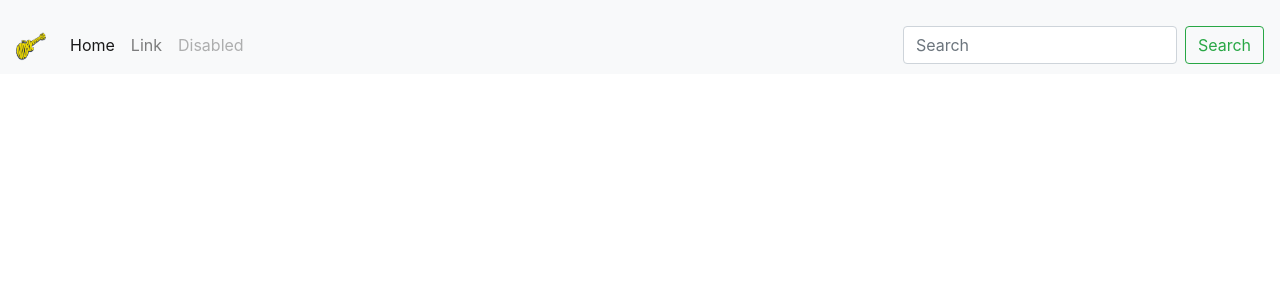
Repository: ClaraBausson/milestone_project_1
Page: index.html
The author's editor kept a record of every edit. The page is drawn from the files as they stood at one moment, then again after the next edit.
The browser window is 1280 px wide. The pictures show the whole page.
Some web libraries are served in a nearby version.

Above is the page before.

After the next edit:
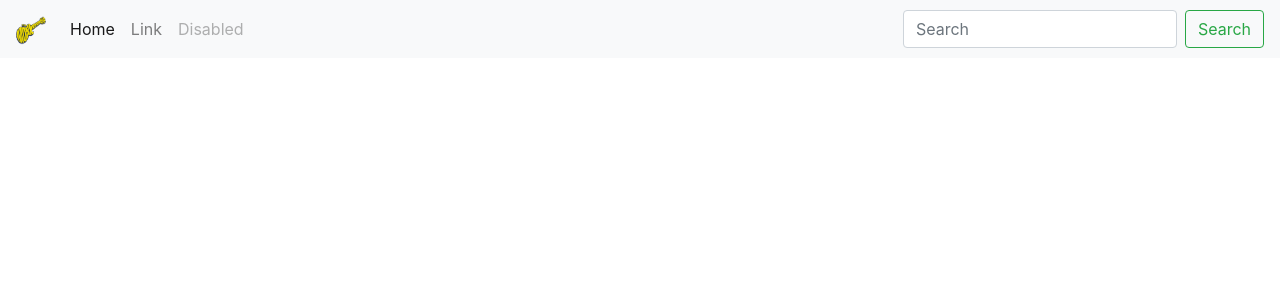
The edit:
--- a/index.html
+++ b/index.html
@@ -23,14 +23,8 @@
     <!------------------------ NAVBAR/HEADER ---------------------------------->
     <header class="header">
 
-        <nav class="navbar navbar-light bg-light">
-
-        </nav>
-
         <nav class="navbar navbar-expand-lg navbar-light bg-light">
-            <button class="navbar-toggler" type="button" data-toggle="collapse" data-target="#navbarTogglerDemo03" aria-controls="navbarTogglerDemo03" aria-expanded="false" aria-label="Toggle navigation">
-    <span class="navbar-toggler-icon"></span>
-  </button>
+            <button class="navbar-toggler" type="button" data-toggle="collapse" data-target="#navbarTogglerDemo03" aria-controls="navbarTogglerDemo03" aria-expanded="false" aria-label="Toggle navigation"><span class="navbar-toggler-icon"></span></button>
             <a class="navbar-brand" href="#"><img src="/assets/images/monkees-logo.png" width="30" height="30" alt=""></a>
 
             <div class="collapse navbar-collapse" id="navbarTogglerDemo03">
